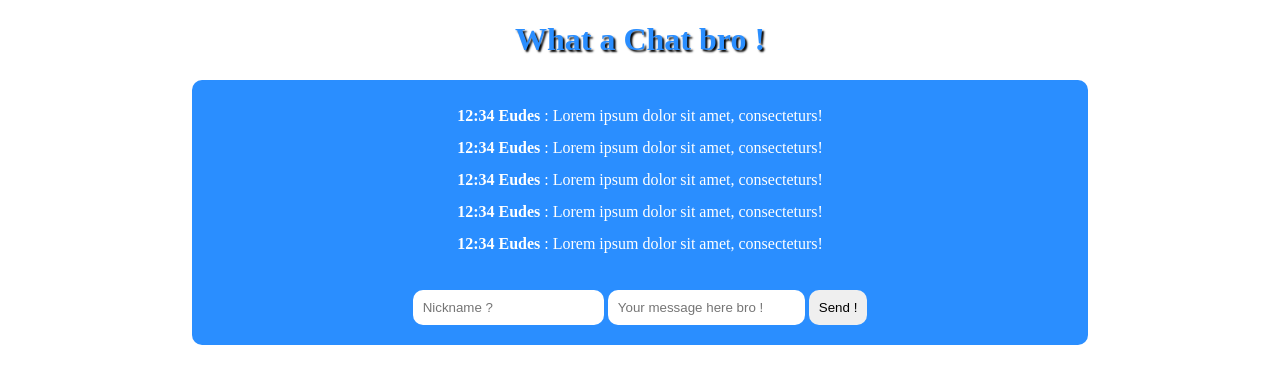
Repository: Djitzu/Chat-en-ajax
Page: index.html
The author's editor kept a record of every edit. The page is drawn from the files as they stood at one moment, then again after the next edit.
The browser window is 1280 px wide. The pictures show the whole page.

Above is the page before.
Console error (its wording comes from the project's code and is left out).

After the next edit:
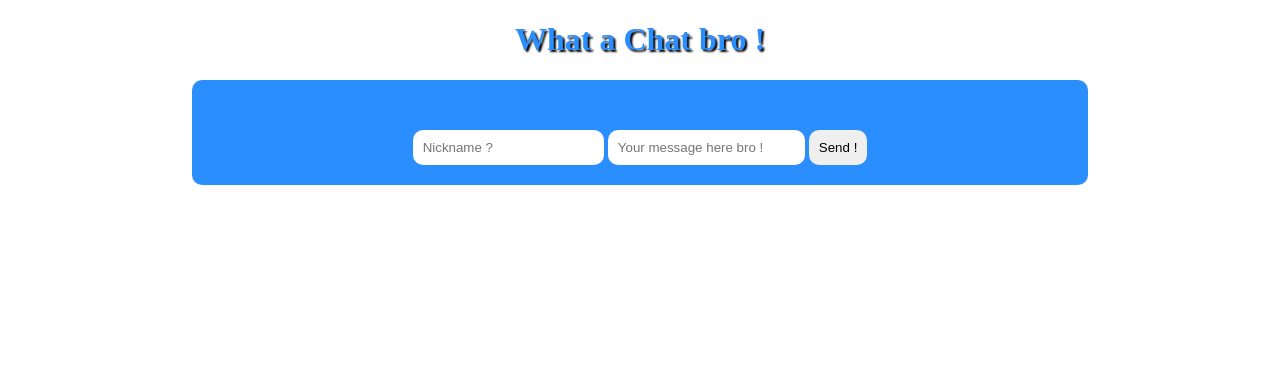
The edit:
--- a/index.html
+++ b/index.html
@@ -14,35 +14,7 @@
 
     <section class="chat">
         <div class="messages">
-            <div class="message">
-                <span class="date">12:34</span>
-                <span class="author">Eudes</span> :
-                <span class="content">Lorem ipsum dolor sit amet, consecteturs!</span>
-            </div>
 
-            <div class="message">
-                <span class="date">12:34</span>
-                <span class="author">Eudes</span> :
-                <span class="content">Lorem ipsum dolor sit amet, consecteturs!</span>
-            </div>
-
-             <div class="message">
-                <span class="date">12:34</span>
-                <span class="author">Eudes</span> :
-                <span class="content">Lorem ipsum dolor sit amet, consecteturs!</span>
-            </div>
-
-             <div class="message">
-                <span class="date">12:34</span>
-                <span class="author">Eudes</span> :
-                <span class="content">Lorem ipsum dolor sit amet, consecteturs!</span>
-            </div>
-
-             <div class="message">
-                <span class="date">12:34</span>
-                <span class="author">Eudes</span> :
-                <span class="content">Lorem ipsum dolor sit amet, consecteturs!</span>
-            </div>
         </div>
 
         <div class="user-input">
